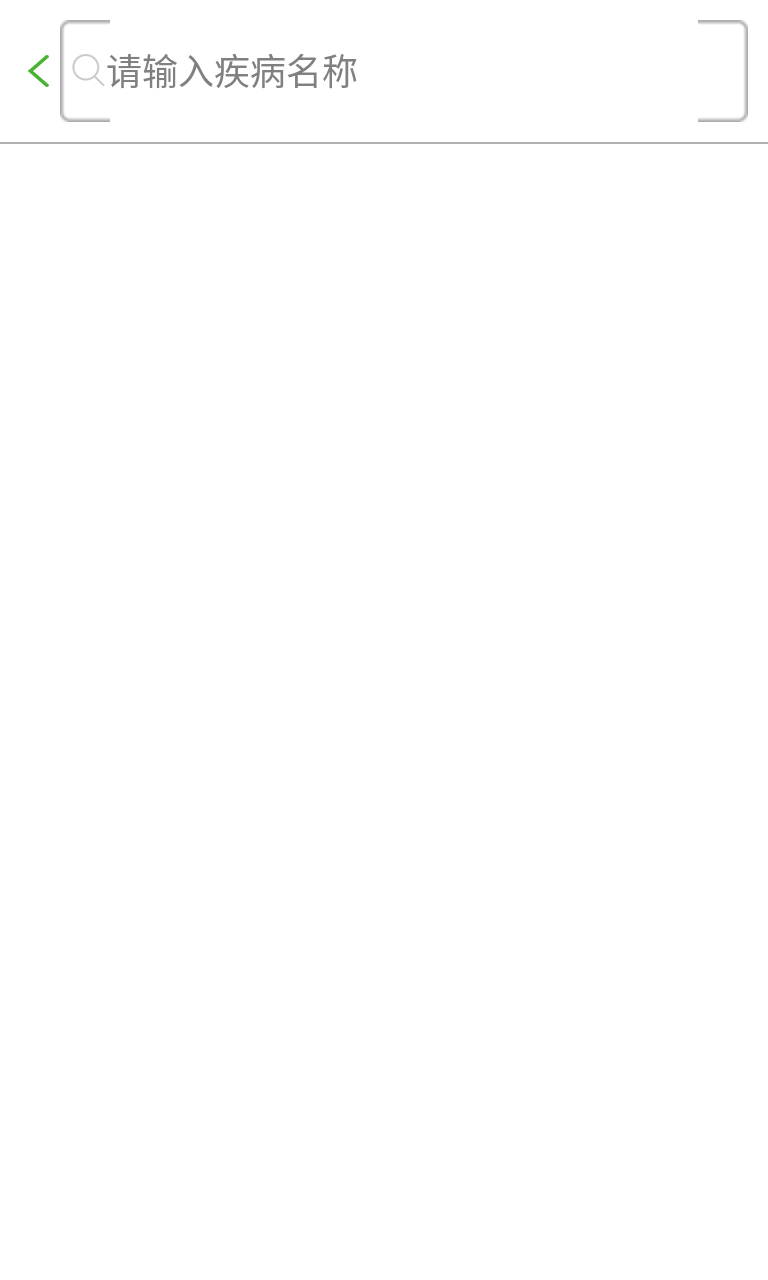
Repository: hjhlove110/XYApp
Layout: XYApp/res/layout/serache_view.xml
The author's editor kept a copy of each file at every save. The layout is drawn from the files as they stood at one save, then again after the next save.
It is drawn on a 768 x 1280 px phone screen (xhdpi) without system bars, with theme Translucent; the app's code is not run.

Above is the layout before, as saved 2015-09-23 05:35:47.

### XYApp/res/layout/serache_view.xml
<LinearLayout xmlns:android="http://schemas.android.com/apk/res/android"
    android:layout_width="fill_parent"
    android:layout_height="fill_parent"
    android:orientation="vertical" >

    <LinearLayout
        android:layout_width="match_parent"
        android:layout_height="wrap_content"
        android:layout_margin="10dp"
        android:gravity="left|center_vertical"
        android:orientation="horizontal" >

        <ImageButton
            android:id="@+id/btnBack"
            android:layout_width="wrap_content"
            android:layout_height="wrap_content"
            android:background="@drawable/btn_back_selector" />

        <EditText
            android:id="@+id/title"
            android:layout_width="0dp"
            android:layout_height="wrap_content"
            android:layout_weight="1"
            android:background="@drawable/txtbg"
            android:drawableLeft="@drawable/serach1"
            android:gravity="center_vertical|left"
            android:hint="请输入疾病名称"
            android:paddingLeft="5dp"
            android:textColor="#49b233" />
    </LinearLayout>

    <View
        android:layout_width="match_parent"
        android:layout_height="1dp"
        android:background="#b2b2b2" />

</LinearLayout>

### XYApp/res/values/styles.xml
<resources>

    <!--
        Base application theme, dependent on API level. This theme is replaced
        by AppBaseTheme from res/values-vXX/styles.xml on newer devices.



    -->
    <style name="AppBaseTheme" parent="Theme.AppCompat.Light">
        <!--
            Theme customizations available in newer API levels can go in
            res/values-vXX/styles.xml, while customizations related to
            backward-compatibility can go here.



        -->
    </style>

    <!-- Application theme. -->
    <style name="AppTheme" parent="AppBaseTheme">

        <!-- All customizations that are NOT specific to a particular API-level can go here. -->
        <item name="android:windowNoTitle">true</item>
    </style>

    <style name="CheckBoxMain">
        <item name="android:button">@null</item>
        <item name="android:paddingTop">12dip</item>
        <item name="android:gravity">center</item>
        <item name="android:background">@drawable/bg_mune</item>
        <item name="android:textSize">14sp</item>
        <item name="android:textColor">#656565</item>
        <item name="android:layout_width">0dip</item>
        <item name="android:layout_height">wrap_content</item>
        <item name="android:layout_weight">1</item>
    </style>

    <style name="Translucent" parent="@android:style/Theme.Translucent">
        <item name="android:windowNoTitle">true</item>
        <item name="android:windowIsFloating">true</item>
        <item name="android:windowIsTranslucent">true</item>
        <item name="android:windowContentOverlay">@null</item>
        <item name="android:windowAnimationStyle">@android:style/Animation.Dialog</item>
        <item name="android:backgroundDimEnabled">true</item>
    </style>

</resources>

### XYApp/res/drawable/btn_back_selector.xml
<?xml version="1.0" encoding="UTF-8"?>
<selector xmlns:android="http://schemas.android.com/apk/res/android">

    <item android:drawable="@drawable/l_back_p" android:state_checked="true"/>
    <item android:drawable="@drawable/l_back_p" android:state_pressed="true"/>
    <item android:drawable="@drawable/l_back"/>

</selector>

After the next save:
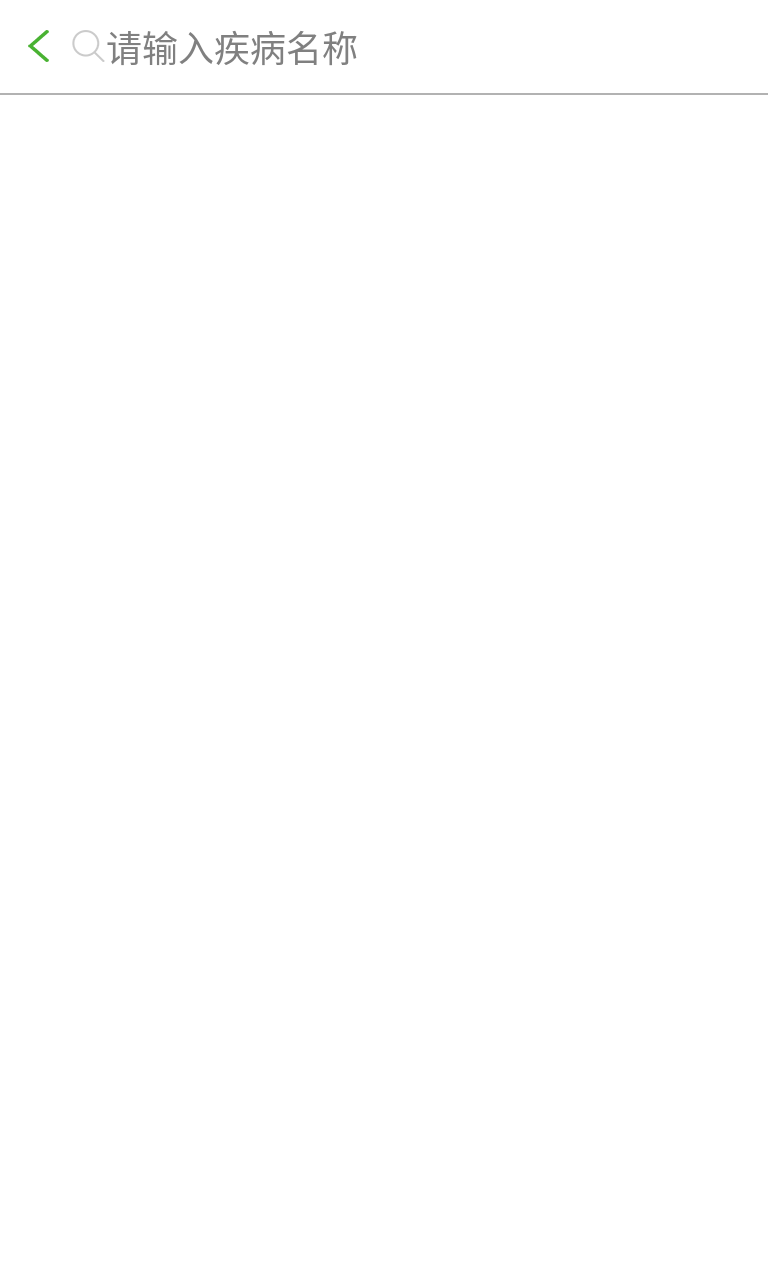
Saved 17 s later.
--- a/XYApp/res/layout/serache_view.xml
+++ b/XYApp/res/layout/serache_view.xml
@@ -21,7 +21,7 @@
             android:layout_width="0dp"
             android:layout_height="wrap_content"
             android:layout_weight="1"
-            android:background="@drawable/txtbg"
+            android:background="@null"
             android:drawableLeft="@drawable/serach1"
             android:gravity="center_vertical|left"
             android:hint="请输入疾病名称"
